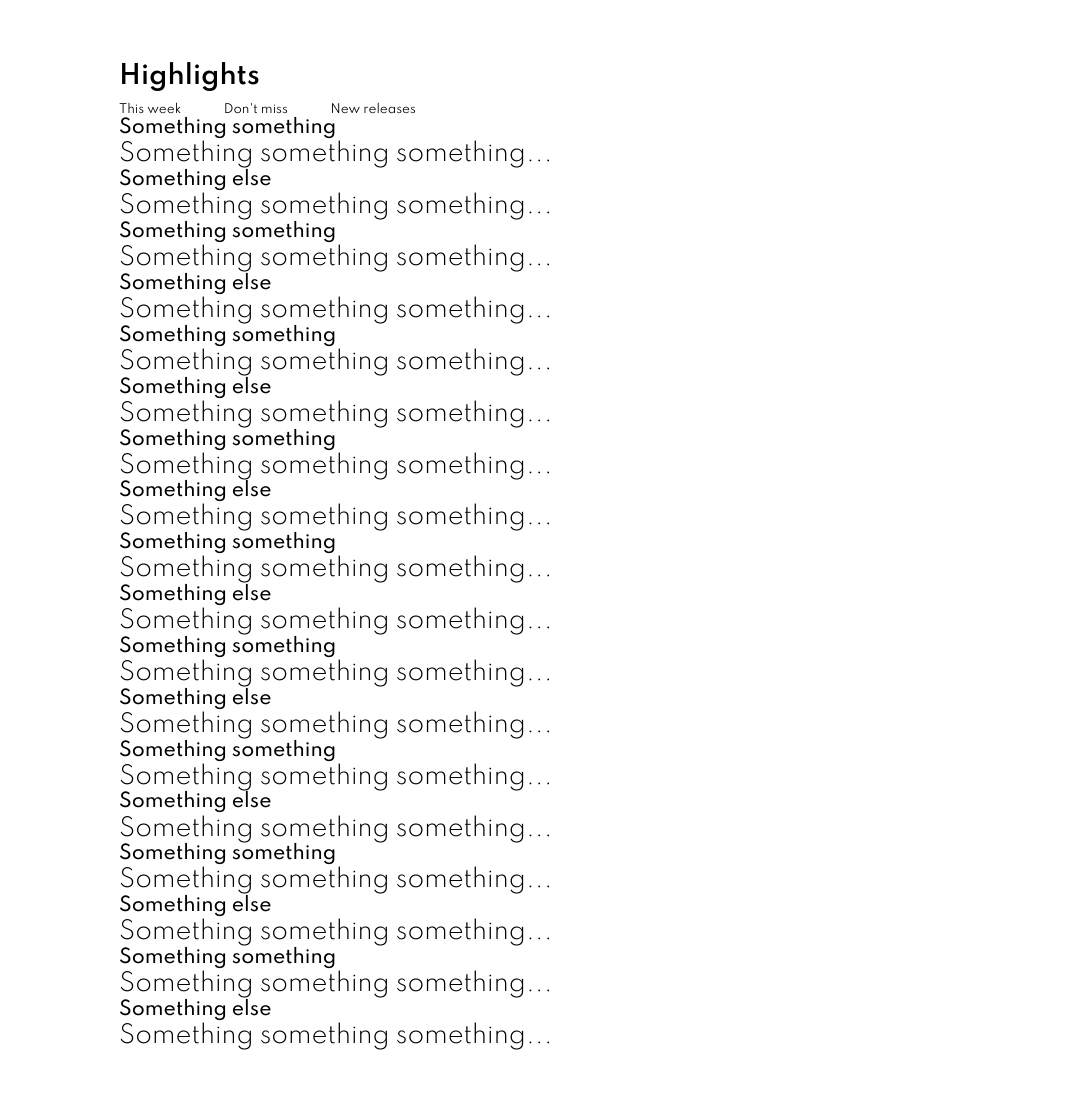
Repository: vvogt/fameworks_vv
Page: /
An editor plug-in stored every save of this project. The page is shown before and after the next save, followed by the edit.
The browser window is 1280 px wide. The pictures show the part of the page from y = 607 to 1903 px (the page is 1903 px tall), at 85% of full size.
Pictures or frames that could not be fetched are drawn as grey boxes. The project was rebuilt for these pictures with package versions that can differ from the ones it lists, and the page was loaded fresh each time. Also part of the build but not shown: src/components/NotFound.js. Imported but missing from the stored project, and not drawn on this page: src/assets/videos/seald_fullhd.mp4.

Above is the page before, as saved 2020-03-28 17:33:36.

### public/index.html
<!DOCTYPE html>
<html lang="en">
  <head>
    <meta charset="utf-8" />
    <link rel="icon" href="%PUBLIC_URL%/favicon.ico" />
    <link href="https://fonts.googleapis.com/css2?family=Spartan:wght@200;300;400;500;531;600;700;800;900&display=swap"
      rel="stylesheet">
    <meta name="viewport" content="width=device-width, initial-scale=1" />
    <meta name="theme-color" content="#000000" />
    <meta
      name="description"
      content="Web site created using create-react-app"
    />
    <!--
      manifest.json provides metadata used when your web app is installed on a
      user's mobile device or desktop. See https://developers.google.com/web/fundamentals/web-app-manifest/
    -->
    <link rel="manifest" href="%PUBLIC_URL%/manifest.json" />
    <!--
      Notice the use of %PUBLIC_URL% in the tags above.
      It will be replaced with the URL of the `public` folder during the build.
      Only files inside the `public` folder can be referenced from the HTML.

      Unlike "/favicon.ico" or "favicon.ico", "%PUBLIC_URL%/favicon.ico" will
      work correctly both with client-side routing and a non-root public URL.
      Learn how to configure a non-root public URL by running `npm run build`.
    -->
  </head>
  <body>
    <noscript>You need to enable JavaScript to run this app.</noscript>
    <div id="root"></div>
    <!--
      This HTML file is a template.
      If you open it directly in the browser, you will see an empty page.

      You can add webfonts, meta tags, or analytics to this file.
      The build step will place the bundled scripts into the <body> tag.

      To begin the development, run `npm start` or `yarn start`.
      To create a production bundle, use `npm run build` or `yarn build`.
    -->
  </body>
</html>

### src/index.js
import React from 'react';
import { render } from 'react-dom';
import './scss/global.scss';
import Router from './components/Router';
import * as serviceWorker from './serviceWorker';

render(<Router />, document.querySelector('#root'));

// If you want your app to work offline and load faster, you can change
// unregister() to register() below. Note this comes with some pitfalls.
// Learn more about service workers: https://bit.ly/CRA-PWA
serviceWorker.unregister();

### src/scss/global.scss
// # SETTINGS
@import 'settings.variables';

// # TOOLS
@import 'tools.mixins';
@import 'tools.units';

// # BASE
@import 'base.normalize';
@import 'base.reset';
@import 'base.body';

//COMPONENTS

@import 'components.header';
@import 'components.hero';
@import 'components.section';

### src/components/Router.js
import React from 'react';
import { BrowserRouter, Route, Switch } from 'react-router-dom';
import Main from './Main';
import NotFound from './NotFound';

const Router = () => (
  <BrowserRouter>
    <Switch>
      <Route exact path="/" component={Main} />
      <Route component={NotFound} />
    </Switch>
  </BrowserRouter>
);

export default Router;

### src/scss/_settings.variables.scss
/* ------------------------------------------
   settings.VARIABLES
------------------------------------------ */

// Fonts
$font: 'Spartan', sans-serif;

$font_btn: rem-calc(15);

// Colors
$black: #000000;
$white: #ffffff;
$orange: #ff5900;
$orange-drkr: #e65000;

// Layout
$gutter: 20px;

// Animations
$transition-in: 0.1s;
$transition-out: 0.3s;

// Box Shadow
$shadow_light: 1px 2px 2px rgba($black, 0.1);
$shadow_dark: 1px 2px 2px rgba($black, 0.2);

// Padding
$padding_lr_1: 240px;
$padding_lr_2: 140px;
$padding_lr_3: 80px;
$padding_lr_4: 20px;

$padding_lr: 20px, 80px, 140px, 240px;

### src/scss/_tools.mixins.scss
/* ------------------------------------------
   tools.MIXINS
------------------------------------------ */

@mixin clearfix() {
  &:before, &:after {
    content: " ";
    display: table;
  }
  &:after {
    clear: both;
  }
}

@mixin un-clearfix() {
  &:before, &:after {
    content: none;
    display: auto;
  }
  &:after {
    clear: none;
  }
}

// Image Replacement

@mixin ir() {
  border: 0;
  font: 0/0 a;
  text-shadow: none;
  color: transparent;
  // background: url(test.png);
  // width: 300px;
  // height: 75px;
}

// Hide only visually, but have it available for screen readers:
// http://snook.ca/archives/html_and_css/hiding-content-for-accessibility

@mixin visuallyhidden() {
    border: 0;
    clip: rect(0 0 0 0);
    height: 1px;
    margin: -1px;
    overflow: hidden;
    padding: 0;
    position: absolute;
    width: 1px;
}


//  ## Media query and orietation mixins
//  ==================================================
//  http://alwaystwisted.com/post.php?s=2013-04-01-my-media-query-mixin


@mixin mq($point, $query1: min, $query2: width) {
  @media screen and (#{$query1}-#{$query2}: strip-unit($point) / 16 +em) {
    @content;
  }
}

@mixin orient($orientation: landscape) {
  @media (orientation : $orientation) {
    @content;
  }
}

@mixin setLRPadding($padding-lr4: 20px, $padding-lr3: 80px, $padding-lr2: 140px, $padding-lr1: 240px) {
  padding-left: $padding-lr4;
  padding-right: $padding-lr4;

   @include mq(600) {
      padding-left: $padding-lr3;
      padding-right: $padding-lr3;
   }

   @include mq(1000) {
      padding-left: $padding-lr2;
      padding-right: $padding-lr2;
   }

   @include mq(1400) {
      padding-left: $padding-lr1;
      padding-right: $padding-lr1;
   }
}

### src/scss/_tools.units.scss
// Foundation for Sites by ZURB
// foundation.zurb.com
// Licensed under MIT Open Source

////
/// @group functions
////

$global-font-size: 100% !default;

// scss-lint:disable ZeroUnit

/// Removes the unit (e.g. px, em, rem) from a value, returning the number only.
///
/// @param {Number} $num - Number to strip unit from.
///
/// @returns {Number} The same number, sans unit.
@function strip-unit($num) {
  @return $num / ($num * 0 + 1);
}

/// Converts one or more pixel values into matching rem values.
///
/// @param {Number|List} $values - One or more values to convert. Be sure to separate them with spaces and not commas. If you need to convert a comma-separated list, wrap the list in parentheses.
/// @param {Number} $base [null] - The base value to use when calculating the `rem`. If you're using Foundation out of the box, this is 16px. If this parameter is `null`, the function will reference the `$base-font-size` variable as the base.
///
/// @returns {List} A list of converted values.
@function rem-calc($values, $base: null) {
  $rem-values: ();
  $count: length($values);

  // If no base is defined, defer to the global font size
  @if $base == null {
    $base: $global-font-size;
  }

  // If the base font size is a %, then multiply it by 16px
  // This is because 100% font size = 16px in most all browsers
  @if unit($base) == '%' {
    $base: ($base / 100%) * 16px;
  }

  @if $count == 1 {
    @return -zf-to-rem($values, $base);
  }

  @for $i from 1 through $count {
    $rem-values: append($rem-values, -zf-to-rem(nth($values, $i), $base));
  }

  @return $rem-values;
}

// Converts a unitless, pixel, or rem value to em, for use in breakpoints.
@function -zf-bp-to-em($value) {
  // Pixel and unitless values are converted to rems
  @if unit($value) == 'px' or unitless($value) {
    $value: rem-calc($value, $base: 16px);
  }

  // Then the value is converted to ems
  @return strip-unit($value) * 1em;
}

/// Converts a pixel value to matching rem value. *Any* value passed, regardless of unit, is assumed to be a pixel value. By default, the base pixel value used to calculate the rem value is taken from the `$global-font-size` variable.
/// @access private
///
/// @param {Number} $value - Pixel value to convert.
/// @param {Number} $base [null] - Base for pixel conversion.
///
/// @returns {Number} A number in rems, calculated based on the given value and the base pixel value. rem values are passed through as is.
@function -zf-to-rem($value, $base: null) {
  // Check if the value is a number
  @if type-of($value) != 'number' {
    @warn inspect($value) + ' was passed to rem-calc(), which is not a number.';
    @return $value;
  }

  // Calculate rem if units for $value is not rem
  @if unit($value) != 'rem' {
    $value: strip-unit($value) / strip-unit($base) * 1rem;
  }

  // Turn 0rem into 0
  @if $value == 0rem {
    $value: 0;
  }

  @return $value;
}

### src/scss/_base.normalize.scss
/* ------------------------------------------
   settings.NORMALIZE
------------------------------------------ */

/*! normalize.css v4.1.1 | MIT License | github.com/necolas/normalize.css */

/**
 * 1. Change the default font family in all browsers (opinionated).
 * 2. Prevent adjustments of font size after orientation changes in IE and iOS.
 */

 html {
  font-family: sans-serif; /* 1 */
  -ms-text-size-adjust: 100%; /* 2 */
  -webkit-text-size-adjust: 100%; /* 2 */
}

/**
 * Remove the margin in all browsers (opinionated).
 */

body {
  margin: 0;
}

/* HTML5 display definitions
   ========================================================================== */

/**
 * Add the correct display in IE 9-.
 * 1. Add the correct display in Edge, IE, and Firefox.
 * 2. Add the correct display in IE.
 */

article,
aside,
details, /* 1 */
figcaption,
figure,
footer,
header,
main, /* 2 */
menu,
nav,
section,
summary { /* 1 */
  display: block;
}

/**
 * Add the correct display in IE 9-.
 */

audio,
canvas,
progress,
video {
  display: inline-block;
}

/**
 * Add the correct display in iOS 4-7.
 */

audio:not([controls]) {
  display: none;
  height: 0;
}

/**
 * Add the correct vertical alignment in Chrome, Firefox, and Opera.
 */

progress {
  vertical-align: baseline;
}

/**
 * Add the correct display in IE 10-.
 * 1. Add the correct display in IE.
 */

template, /* 1 */
[hidden] {
  display: none;
}

/* Links
   ========================================================================== */

/**
 * 1. Remove the gray background on active links in IE 10.
 * 2. Remove gaps in links underline in iOS 8+ and Safari 8+.
 */

a {
  background-color: transparent; /* 1 */
  -webkit-text-decoration-skip: objects; /* 2 */
}

/**
 * Remove the outline on focused links when they are also active or hovered
 * in all browsers (opinionated).
 */

a:active,
a:hover {
  outline-width: 0;
}

/* Text-level semantics
   ========================================================================== */

/**
 * 1. Remove the bottom border in Firefox 39-.
 * 2. Add the correct text decoration in Chrome, Edge, IE, Opera, and Safari.
 */

abbr[title] {
  border-bottom: none; /* 1 */
  text-decoration: underline; /* 2 */
  text-decoration: underline dotted; /* 2 */
}

/**
 * Prevent the duplicate application of `bolder` by the next rule in Safari 6.
 */

b,
strong {
  font-weight: inherit;
}

/**
 * Add the correct font weight in Chrome, Edge, and Safari.
 */

b,
strong {
  font-weight: bolder;
}

/**
 * Add the correct font style in Android 4.3-.
 */

dfn {
  font-style: italic;
}

/**
 * Correct the font size and margin on `h1` elements within `section` and
 * `article` contexts in Chrome, Firefox, and Safari.
 */

h1 {
  font-size: 2em;
  margin: 0.67em 0;
}

/**
 * Add the correct background and color in IE 9-.
 */

mark {
  background-color: #ff0;
  color: #000;
}

/**
 * Add the correct font size in all browsers.
 */

small {
  font-size: 80%;
}

/**
 * Prevent `sub` and `sup` elements from affecting the line height in
 * all browsers.
 */

sub,
sup {
  font-size: 75%;
  line-height: 0;
  position: relative;
  vertical-align: baseline;
}

sub {
  bottom: -0.25em;
}

sup {
  top: -0.5em;
}

/* Embedded content
   ========================================================================== */

/**
 * Remove the border on images inside links in IE 10-.
 */

img {
  border-style: none;
}

/**
 * Hide the overflow in IE.
 */

svg:not(:root) {
  overflow: hidden;
}

/* Grouping content
   ========================================================================== */

/**
 * 1. Correct the inheritance and scaling of font size in all browsers.
 * 2. Correct the odd `em` font sizing in all browsers.
 */

code,
kbd,
pre,
samp {
  font-family: monospace, monospace; /* 1 */
  font-size: 1em; /* 2 */
}

/**
 * Add the correct margin in IE 8.
 */

figure {
  margin: 1em 40px;
}

/**
 * 1. Add the correct box sizing in Firefox.
 * 2. Show the overflow in Edge and IE.
 */

hr {
  box-sizing: content-box; /* 1 */
  height: 0; /* 1 */
  overflow: visible; /* 2 */
}

/* Forms
   ========================================================================== */

/**
 * 1. Change font properties to `inherit` in all browsers (opinionated).
 * 2. Remove the margin in Firefox and Safari.
 */

button,
input,
select,
textarea {
  font: inherit; /* 1 */
  margin: 0; /* 2 */
}

/**
 * Restore the font weight unset by the previous rule.
 */

optgroup {
  font-weight: bold;
}

/**
 * Show the overflow in IE.
 * 1. Show the overflow in Edge.
 */

button,
input { /* 1 */
  overflow: visible;
}

/**
 * Remove the inheritance of text transform in Edge, Firefox, and IE.
 * 1. Remove the inheritance of text transform in Firefox.
 */

button,
select { /* 1 */
  text-transform: none;
}

/**
 * 1. Prevent a WebKit bug where (2) destroys native `audio` and `video`
 *    controls in Android 4.
 * 2. Correct the inability to style clickable types in iOS and Safari.
 */

button,
html [type="button"], /* 1 */
[type="reset"],
[type="submit"] {
  -webkit-appearance: button; /* 2 */
}

/**
 * Remove the inner border and padding in Firefox.
 */

button::-moz-focus-inner,
[type="button"]::-moz-focus-inner,
[type="reset"]::-moz-focus-inner,
[type="submit"]::-moz-focus-inner {
  border-style: none;
  padding: 0;
}

/**
 * Restore the focus styles unset by the previous rule.
 */

button:-moz-focusring,
[type="button"]:-moz-focusring,
[type="reset"]:-moz-focusring,
[type="submit"]:-moz-focusring {
  outline: 1px dotted ButtonText;
}

/**
 * Change the border, margin, and padding in all browsers (opinionated).
 */

fieldset {
  border: 1px solid #c0c0c0;
  margin: 0 2px;
  padding: 0.35em 0.625em 0.75em;
}

/**
 * 1. Correct the text wrapping in Edge and IE.
 * 2. Correct the color inheritance from `fieldset` elements in IE.
 * 3. Remove the padding so developers are not caught out when they zero out
 *    `fieldset` elements in all browsers.
 */

legend {
  box-sizing: border-box; /* 1 */
  color: inherit; /* 2 */
  display: table; /* 1 */
  max-width: 100%; /* 1 */
  padding: 0; /* 3 */
  white-space: normal; /* 1 */
}

/**
 * Remove the default vertical scrollbar in IE.
 */

textarea {
  overflow: auto;
}

/**
 * 1. Add the correct box sizing in IE 10-.
 * 2. Remove the padding in IE 10-.
 */

[type="checkbox"],
[type="radio"] {
  box-sizing: border-box; /* 1 */
  padding: 0; /* 2 */
}

/**
 * Correct the cursor style of increment and decrement buttons in Chrome.
 */

[type="number"]::-webkit-inner-spin-button,
[type="number"]::-webkit-outer-spin-button {
  height: auto;
}

/**
 * 1. Correct the odd appearance in Chrome and Safari.
 * 2. Correct the outline style in Safari.
 */

[type="search"] {
  -webkit-appearance: textfield; /* 1 */
  outline-offset: -2px; /* 2 */
}

/**
 * Remove the inner padding and cancel buttons in Chrome and Safari on OS X.
 */

[type="search"]::-webkit-search-cancel-button,
[type="search"]::-webkit-search-decoration {
  -webkit-appearance: none;
}

/**
 * Correct the text style of placeholders in Chrome, Edge, and Safari.
 */

::-webkit-input-placeholder {
  color: inherit;
  opacity: 0.54;
}

/**
 * 1. Correct the inability to style clickable types in iOS and Safari.
 * 2. Change font properties to `inherit` in Safari.
 */

::-webkit-file-upload-button {
  -webkit-appearance: button; /* 1 */
  font: inherit; /* 2 */
}

### src/scss/_base.reset.scss
/* ------------------------------------------
  generic.RESET
------------------------------------------ */

* {
  box-sizing: border-box;
}

img,
iframe {
  max-width: 100%;
  height: auto;
}

h1,h2,h3,h4,h5,h6,
p,blockquote,pre,
dl,dd,ol,ul,
form,fieldset,legend,
table,th,td,caption,
hr,figure {
  margin:0;
  padding:0;
}

li {
  list-style: none;
}

::selection {

}

### src/scss/_base.body.scss
body {
  font-family: $font;
  font-size: rem-calc(14);
  line-height: rem-calc(18);
  font-weight: 400;
  color: $black;
  background-color: $white;
  margin: 0px;
  padding: 0px;
}

p {
  font-family: $font;
  font-size: rem-calc(20);
  line-height: rem-calc(26);
  color: $black;
  font-weight: 355;

  @include mq(350) {
    font-size: rem-calc(24);
    line-height: rem-calc(30);
  }

  @include mq(1000) {
    font-size: rem-calc(28);
    line-height: rem-calc(35);
  }
}

a {
  color: $black;
  text-decoration: none;

  &:hover {
    text-decoration: none;
    color: $white;
  }
}

h1,
h2,
h3,
h4,
h5 {
  font-weight: 500;
}

h1 {
  font-size: rem-calc(70);
  line-height: rem-calc(78);
  font-weight: 1000;

}

h2 {
  font-size: rem-calc(36);
  line-height: rem-calc(40);
  font-weight: 600;
  color: $black;

  @include mq(700) {
    font-size: rem-calc(46);
    line-height: rem-calc(50);
  }

  @include mq(1000) {
    font-size: rem-calc(56);
    line-height: rem-calc(60);
  }


}

h2+p {
  margin-top: 20px;

  @include mq(1000) {
    margin-top: 45px;
  }
}

h3 {
  font-size: rem-calc(22);
  line-height: rem-calc(26);
}

h4 {
  font-size: rem-calc(18);
  line-height: rem-calc(21);
}

h5 {
  font-size: rem-calc(14);
  line-height: rem-calc(18);
}

.wrapper {
  width: 100%;
  margin: 0 auto;
  background-color: $white;
  overflow: hidden;
}

### src/scss/_components.header.scss
.header {
   background-color: $orange;
   width: 100%;
   display: flex;
   flex-direction: column;
   color: white;

   &__main {
      height: 55px;
      width: 100%;
      display: flex;
      flex-direction: row;
      justify-content: space-between;
      align-items: center;
      padding-left: $padding-lr_4;
      padding-right: $padding-lr_4;

      @include mq(400) {
         height: 68.3px;
      }

      @include mq(500) {
         height: 81.6px;
      }

      @include setLRPadding($padding_lr);

      .logo {
         font-weight: 800;
         font-size: rem-calc(20);
         letter-spacing: rem-calc(-1.5);

         @include mq(400) {

         }

         @include mq(500) {

         }

         @include mq(600) {
            font-size: rem-calc(40);
         }
      }

      &__right {
         display: flex;
         flex-direction: row;
         flex-wrap: nowrap;
         align-items: center;
         justify-content: right;
         display: flex;

         @include mq(770) {
            width: 340px;
         }

         @include mq(1000) {
            width: 440px;
         }

         input {
            width: 220px;
            height: 42.5px;
            border-radius: 4px;
            box-shadow: inset 0 0 20px rgba(0,0,0,0.1);
            background-color: $orange-drkr;
            border: 1px solid;
            border-color: rgba(0,0,0,0.1);
            color: $white;
            padding: 0px 15px;
            line-height: 1;
            padding: .75em 1em;
            font-weight: 300;
            transition: background-color 0.2s ease-in;

            @include mq(1000) {
               width: 320px;
            }

            &:focus {
               outline: none;
               background-color: darken($orange-drkr, 5%);
               transition: background-color 0.1s ease-in;

            }
         }

         .search-icon {
            width: 20px;
            height: 20px;
         }

         .login {
            display: flex;
            flex-direction: row;
            flex-wrap: nowrap;
            align-items: center;
            font-weight: 800;
            margin-left: 20px;
            white-space: nowrap;

            img {
               position: relative;
               width: 30px;
               height: 30px;

               @include mq(770) {
                  top: -3px;
                  width: 20px;
                  height: 20px;
                  margin-left: 0px;
                  margin-right: 5px;
               }
            }

            span {
               display: none;

               @include mq(770) {
                  display: inline;
               }
            }
         }

         .search-icon {
            display: inline;
            width: 30px;
            height: 30px;

            @include mq(770) {
               display: none;
            }
         }

         input {
            display: none;

            @include mq(770) {
               display: inline;
            }
         }
      }
   }

   &__nav {
      height: 55px;
      border-top: 1px $white solid;
      border-color: rgba(255, 255, 255, 0.5);
      padding-left: $padding-lr_4;
      overflow: scroll;
      -ms-overflow-style: none;  // IE 10+
      overflow: -moz-scrollbars-none;  // Firefox

      &::-webkit-scrollbar {
         display: none;
      }

      @include mq(600) {
         padding-left: $padding-lr_3;
      }

      @include mq(1000) {
         padding-left: $padding-lr_2;
      }

      @include mq(1400) {
         padding-left: $padding-lr_1;
      }

      ul {
         font-weight: 800;
         display: flex;
         flex-direction: row;
         width: 1000px;
         height: 100%;
         justify-content: space-between;
         align-items: center;
      }
   }
}

### src/scss/_components.hero.scss
.hero {
   background-color: rgb(104, 104, 104);
   height: 300px;
   position: relative;

   @include setLRPadding();

   @include mq(750) {
      height: calc(100vh - 250px);
   }

   &__content {
      position: absolute;
      z-index: 2;
      margin-top: 200px;
      margin-bottom: 200px;



      h1, p {
         color: $white;
      }

      h1 {
         width: 50%;
      }

      p {
         width: 70%;
      }
   }

   &__bgVideo {
      position: absolute;
      object-fit: cover;
      left: 0;
      right: 0;
      width: 100%;
      height: 100%;
      background-position: center;
   }
}

### src/scss/_components.section.scss
.section_highlights {
   padding-top: rem-calc(60);
   padding-bottom: rem-calc(60);
   @include setLRPadding($padding_lr);

   .categoryTabs {
      width: 100%;

      ul {
         display: flex;
         flex-direction: row;
         -ms-flex-align: left;

         li {
            padding-right: 50px;
         }
      }
   }

   h2 {
      font-size: rem-calc(30);
   }
}

### src/components/Hero.js
import React from 'react';



class Hero extends React.Component {
   render() {
      const title = this.props.title;
      const text = this.props.text;
      const video = this.props.bgVideo;

      return (
        <div className="hero">
          <div className="hero__content">
            <h1>{title}</h1>
            <p>{text}</p>
          </div>
          <video
            className="hero__bgVideo"
            autoPlay
            muted
            loop
          >
            <source src={video} type="video/mp4" />
          </video>
        </div>
      );
   }
}

export default Hero;

Loaded but not shown: src/serviceWorker.js (common file); src/components/Main.js (144 lines, source omitted); src/components/Header.js (46 lines, source omitted); src/components/Section.js (54 lines, source omitted)

After the next save:
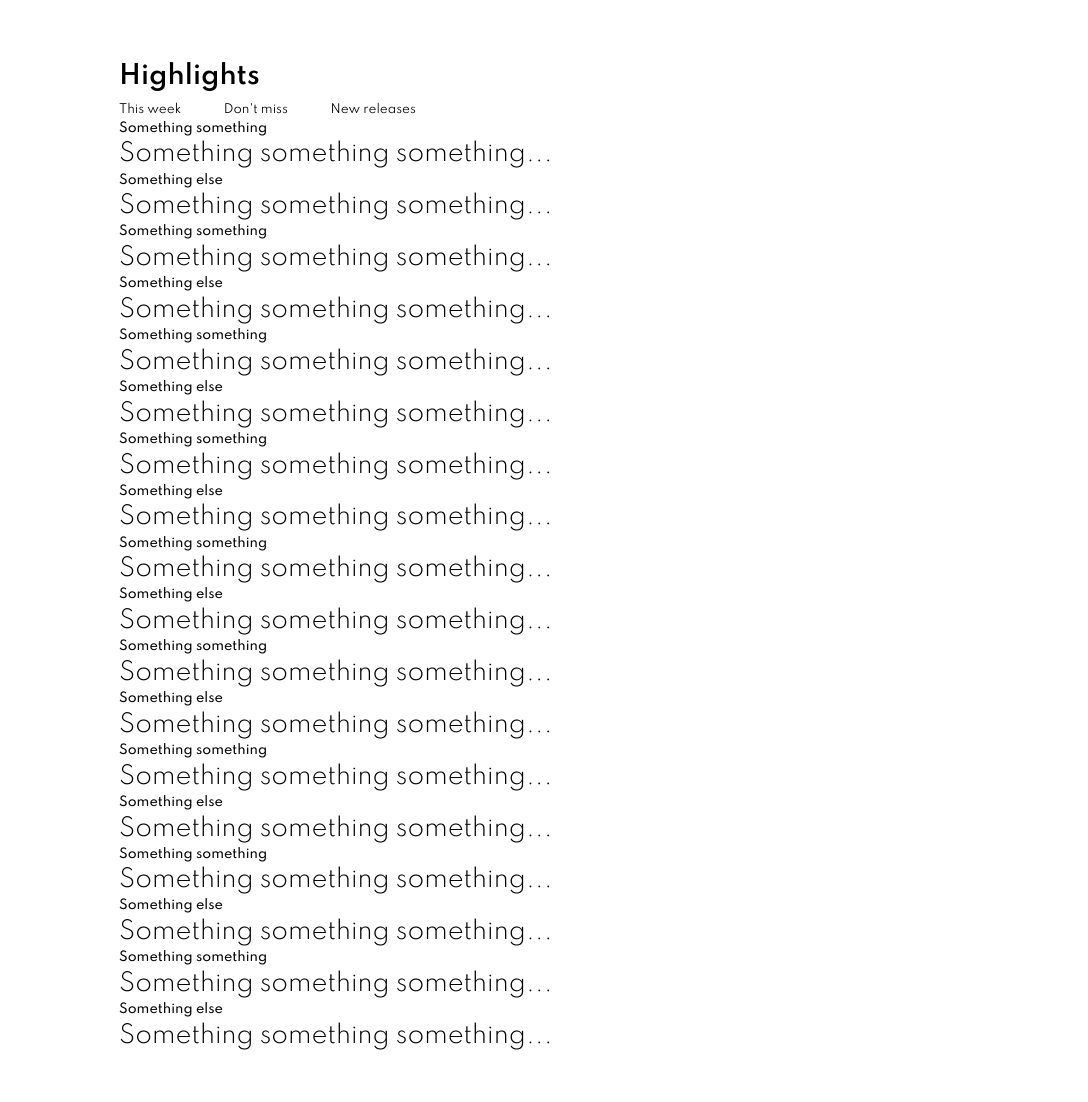
Saved 79 s later.
--- a/src/scss/_base.body.scss
+++ b/src/scss/_base.body.scss
@@ -80,7 +80,7 @@
 }
 
 h3 {
-  font-size: rem-calc(22);
+  font-size: rem-calc(15);
   line-height: rem-calc(26);
 }
 
